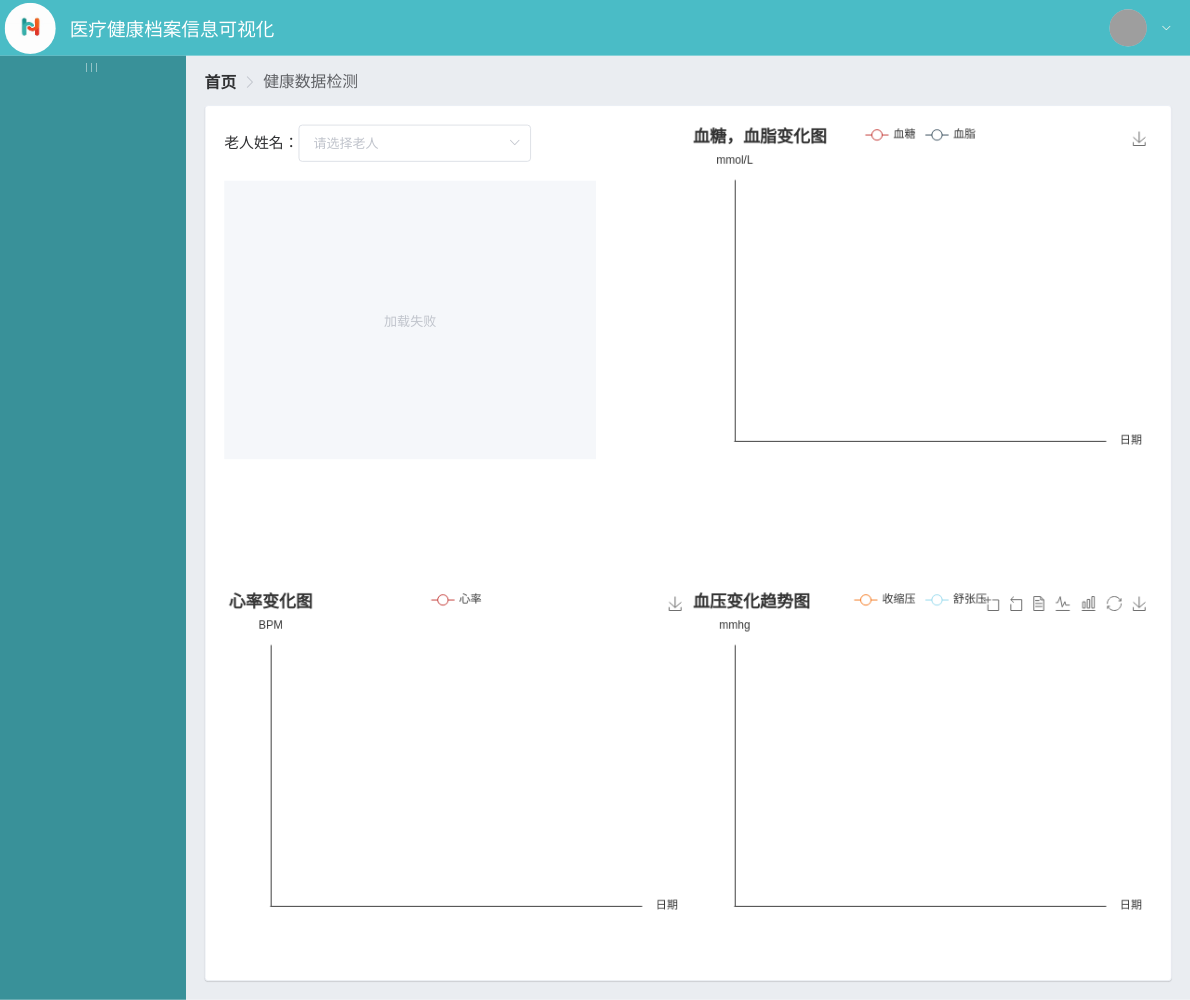
Repository: hyyBubbly/community-web-vue
Page: /#/healthyData (app in community/)
An editor plug-in stored every save of this project. The page is shown before and after the next save, followed by the edit.
The browser window is 1280 px wide. The pictures show the whole page, at 93% of full size.
Pictures or frames that could not be fetched are drawn as grey boxes. The page's requests for data from a server got no answer. The project was rebuilt for these pictures with package versions that can differ from the ones it lists, and the page was loaded fresh each time. No one was signed in, and anything a server would have sent is missing. Also part of the build but not shown: community/vue.config.js, community/src/components/Login.vue, community/src/components/Welcome.vue, community/src/components/User/UserList.vue, community/src/components/admin/WorkerList.vue, community/src/components/community/CommunityList.vue, community/src/components/healthfiles/Healthiness.vue, community/src/components/User/OlderInfoList.vue and 13 more.

Above is the page before, as saved 2024-01-28 13:46:19.

After the next save:
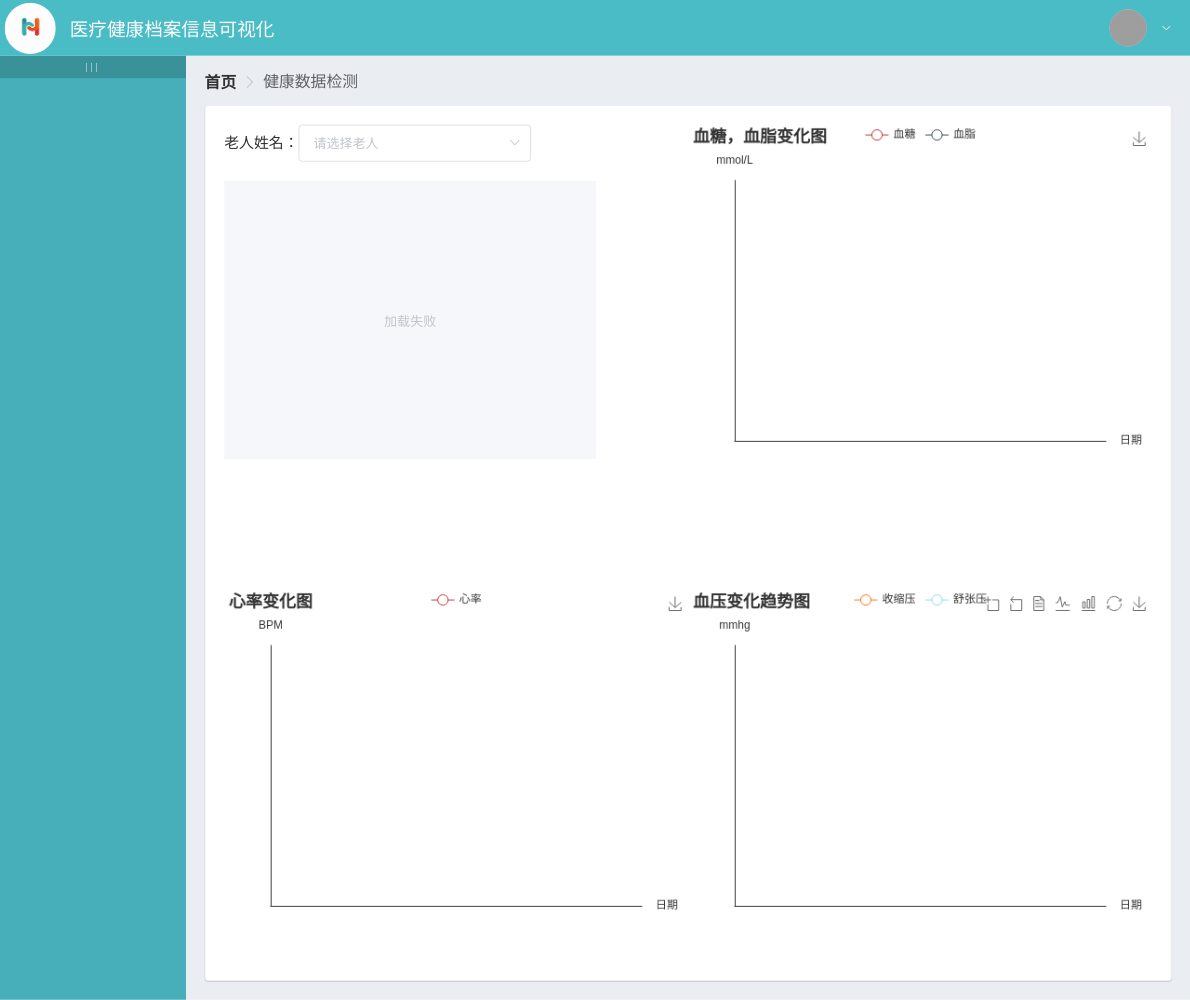
Saved 8 min 9 s later.
--- a/community/src/components/Home.vue
+++ b/community/src/components/Home.vue
@@ -220,7 +220,7 @@ export default{
   }
 	//侧边栏样式
 	.el-aside{
-		background-color: #399199;
+		background-color: #46afb9;
     .el-menu{
       border-right: none;
     }
